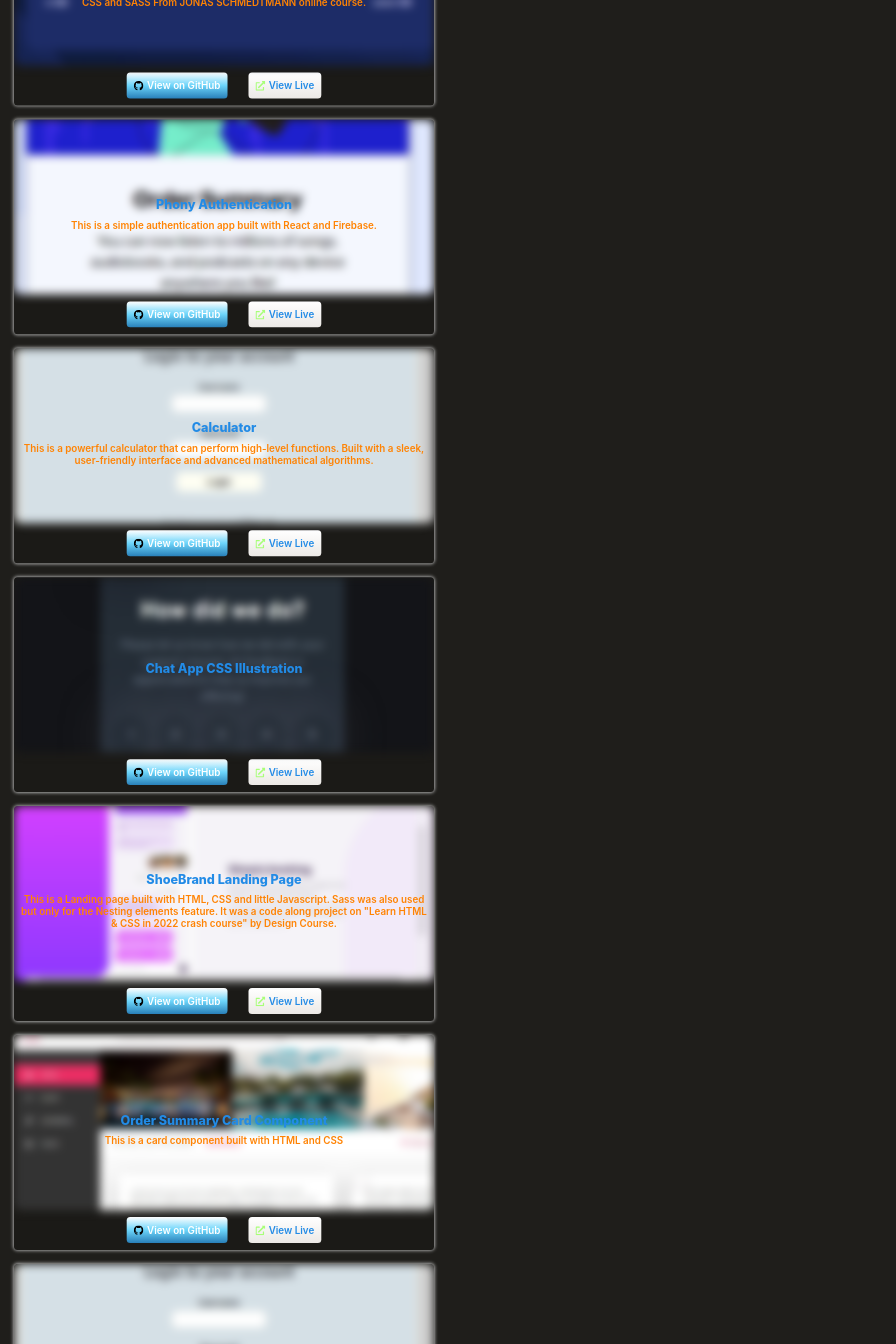
Repository: MikkyPrestige/portfolio
Page: /projects
The author's editor kept a copy of each file at every save. The page is drawn from the files as they stood at one save, then again after the next save.
The browser window is 1280 px wide. The pictures show the part of the page from y = 1892 to 3812 px (the page is 4351 px tall), at 70% of full size.
The project was rebuilt for these pictures with package versions that can differ from the ones it lists, and the page was loaded fresh each time. Also part of the build but not shown: src/components/avatar.jsx, src/components/home.jsx, src/components/about.jsx, src/components/fallback.jsx.

Above is the page before, as saved 2023-02-21 20:26:53.

### public/index.html
<!DOCTYPE html>
<html lang="en">
  <head>
    <meta charset="utf-8" />
    <link rel="icon" href="%PUBLIC_URL%/favicon.ico" />
    <meta name="viewport" content="width=device-width, initial-scale=1" />
    <meta name="theme-color" content="#000000" />
    <meta
      name="description"
      content="Web site created using create-react-app"
    />
    <link rel="apple-touch-icon" href="%PUBLIC_URL%/logo192.png" />
    <!--
      manifest.json provides metadata used when your web app is installed on a
      user's mobile device or desktop. See https://developers.google.com/web/fundamentals/web-app-manifest/
    -->
    <link rel="manifest" href="%PUBLIC_URL%/manifest.json" />
    <!--
      Notice the use of %PUBLIC_URL% in the tags above.
      It will be replaced with the URL of the `public` folder during the build.
      Only files inside the `public` folder can be referenced from the HTML.

      Unlike "/favicon.ico" or "favicon.ico", "%PUBLIC_URL%/favicon.ico" will
      work correctly both with client-side routing and a non-root public URL.
      Learn how to configure a non-root public URL by running `npm run build`.
    -->
    <title>Elue Michael Portfolio</title>
  </head>
  <body>
    <noscript>You need to enable JavaScript to run this app.</noscript>
    <div id="root"></div>
    <!--
      This HTML file is a template.
      If you open it directly in the browser, you will see an empty page.

      You can add webfonts, meta tags, or analytics to this file.
      The build step will place the bundled scripts into the <body> tag.

      To begin the development, run `npm start` or `yarn start`.
      To create a production bundle, use `npm run build` or `yarn build`.
    -->
  </body>
</html>

### src/assets/styles/sass/main.scss
@import 'abstracts/variables';
@import 'base/utilities';
@import 'base/base';
@import 'layouts/header';
@import 'pages/home';
@import 'pages/about';
@import 'pages/projects';
@import 'base/animation';

// @media (prefers-reduced-motion: no-preference) {
//   .App-logo {
//     animation: App-logo-spin infinite 20s linear;
//   }
// }

// @keyframes App-logo-spin {
//   from {
//     transform: rotate(0deg);
//   }
//   to {
//     transform: rotate(360deg);
//   }
// }

### src/components/projects.jsx
import { Link } from "react-router-dom";
import { FaGithub } from "react-icons/fa";
import { FaExternalLinkAlt } from "react-icons/fa";

const Projects = () => {
  return (
    <div className="project">
      <h1 className="project--title">My Works</h1>
      <div className="project--wrapper">
        <div className="project--card">
          <div className="project--card__blur project--card__blur-1"></div>
          <div className="project--card__content">
            <h2 className="project--card__content__title">GitHub Repository App</h2>
            <p className="project--card__content__desc">
            This is a React-based web app that utilizes the GitHub API to showcase a user's repositories. With its sleek and intuitive interface, this app allows users to easily view all of their repositories in one place, including details such as the name, description, and number of stars.
            </p>
          </div>
          <div className="project--card__links">
            <Link
              to={{ pathname: "https://github.com/MeekyBerry/RandomPeopleApp" }}
              target="_blank"
              className="project--card__links__link github-link-bg"
            >
              <FaGithub style={{ color: "#000"}} />
              View on GitHub
            </Link>
            <Link
              to={{ pathname: "https://randompeopleapp.vercel.app" }}
              target="_blank"
              className="project--card__links__link live-link-bg blue-markup"
            >
              <FaExternalLinkAlt style={{ color: "#a8ff78"}} />
              View Live
            </Link>
          </div>
        </div>
        <div className="project--card">
          <div className="project--card__blur project--card__blur-2"></div>
          <div className="project--card__content">
            <h2 className="project--card__content__title">Phonie App</h2>
            <p className="project--card__content__desc">
              The Phonie Project is a web-based application created by the team
              "Phantom_Devz" that determines the telecom carrier based on a
              phone number entered by the user
            </p>
          </div>
          <div className="project--card__links">
            <Link
              to={{
                pathname:
                  "https://github.com/MeekyBerry/Phonie-project-Phantom_Devz",
              }}
              target="_blank"
              className="project--card__links__link github-link-bg"
            >
              <FaGithub style={{ color: "#000"}} />
              View on GitHub
            </Link>
            <Link
              to={{ pathname: "https://phantom-devz-phonie.netlify.app/" }}
              target="_blank"
              className="project--card__links__link live-link-bg blue-markup"
            >
              <FaExternalLinkAlt style={{ color: "#a8ff78"}} />
              View Live
            </Link>
          </div>
        </div>
        <div className="project--card">
          <div className="project--card__blur project--card__blur-3"></div>
          <div className="project--card__content">
            <h2 className="project--card__content__title">
              RandomPeopleApp
            </h2>
            <p className="project--card__content__desc">
            This is a web app that uses firebase authentication and displays
              random people data generated from randomuser API. (built with
              React).
            </p>
          </div>
          <div className="project--card__links">
            <Link
              to={{
                pathname:
                  "https://github.com/MeekyBerry/Frontend-Mentor-challenges/tree/main/chat-app-css-illustration",
              }}
              target="_blank"
              className="project--card__links__link github-link-bg"
            >
              <FaGithub style={{ color: "#000"}} />
              View on GitHub
            </Link>
            <Link
              to={{ pathname: "https://chat-app-css-project.netlify.app/" }}
              target="_blank"
              className="project--card__links__link live-link-bg blue-markup"
            >
              <FaExternalLinkAlt style={{ color: "#a8ff78"}} />
              View Live
            </Link>
          </div>
        </div>
        <div className="project--card">
          <div className="project--card__blur project--card__blur-4"></div>
          <div className="project--card__content">
            <h2 className="project--card__content__title">
              Interactive Rating Component
            </h2>
            <p className="project--card__content__desc">
            An interactive rating component built with HTML, CSS, and JavaScript. This is a small project to practice handling user interactions and updating the DOM.
            </p>
          </div>
          <div className="project--card__links">
            <Link
              to={{
                pathname:
                  "https://github.com/MeekyBerry/Advanced-CSS-Sass-Course-Projects/tree/master/Natours-project",
              }}
              target="_blank"
              className="project--card__links__link github-link-bg"
            >
              <FaGithub style={{ color: "#000"}} />
              View on GitHub
            </Link>
            <Link
              to={{ pathname: "https://natour-landing-page.netlify.app/" }}
              target="_blank"
              className="project--card__links__link live-link-bg blue-markup"
            >
              <FaExternalLinkAlt style={{ color: "#a8ff78"}} />
              View Live
            </Link>
          </div>
        </div>
        <div className="project--card">
          <div className="project--card__blur project--card__blur-5"></div>
          <div className="project--card__content">
            <h2 className="project--card__content__title">
              Natours Landing Page
            </h2>
            <p className="project--card__content__desc">
            This is a landing page for a fictional company called Natours. It
              was built with HTML, CSS and SASS From JONAS SCHMEDTMANN online course.
            </p>
          </div>
          <div className="project--card__links">
            <Link
              to={{
                pathname:
                  "https://github.com/MeekyBerry/exam-project-altschoolafrica",
              }}
              target="_blank"
              className="project--card__links__link github-link-bg"
            >
              <FaGithub style={{ color: "#000"}} />
              View on GitHub
            </Link>
            <Link
              to={{ pathname: "https://github-repos-display.vercel.app/" }}
              target="_blank"
              className="project--card__links__link live-link-bg blue-markup"
            >
              <FaExternalLinkAlt style={{ color: "#a8ff78"}} />
              View Live
            </Link>
          </div>
        </div>
        <div className="project--card">
          <div className="project--card__blur project--card__blur-6"></div>
          <div className="project--card__content">
            <h2 className="project--card__content__title">
              Trillo Landing Page
            </h2>
            <p className="project--card__content__desc">
              This is a landing page for a fictional company called Trillo. It
              was built with HTML, CSS and SASS From JONAS SCHMEDTMANN online course.
            </p>
          </div>
          <div className="project--card__links">
            <Link
              to={{
                pathname:
                  "https://github.com/MeekyBerry/Advanced-CSS-Sass-Course-Projects/tree/master/Trillow-project",
              }}
              target="_blank"
              className="project--card__links__link github-link-bg"
            >
              <FaGithub style={{ color: "#000"}} />
              View on GitHub
            </Link>
            <Link
              to={{
                pathname: "https://fantastic-crostata-3e9a02.netlify.app/",
              }}
              target="_blank"
              className="project--card__links__link live-link-bg blue-markup"
            >
              <FaExternalLinkAlt style={{ color: "#a8ff78"}} />
              View Live
            </Link>
          </div>
        </div>
        <div className="project--card">
          <div className="project--card__blur project--card__blur-7"></div>
          <div className="project--card__content">
            <h2 className="project--card__content__title">
              Phony Authentication
            </h2>
            <p className="project--card__content__desc">
              This is a simple authentication app built with React and Firebase.
            </p>
          </div>
          <div className="project--card__links">
            <Link
              to={{
                pathname:
                  "https://github.com/MeekyBerry/fake-user-authentication",
              }}
              target="_blank"
              className="project--card__links__link github-link-bg"
            >
              <FaGithub style={{ color: "#000"}} />
              View on GitHub
            </Link>
            <Link
              to={{ pathname: "https://fake-auth.vercel.app/" }}
              target="_blank"
              className="project--card__links__link live-link-bg blue-markup"
            >
              <FaExternalLinkAlt style={{ color: "#a8ff78"}} />
              View Live
            </Link>
          </div>
        </div>
        <div className="project--card">
          <div className="project--card__blur project--card__blur-8"></div>
          <div className="project--card__content">
            <h2 className="project--card__content__title">Calculator</h2>
            <p className="project--card__content__desc">
            This is a powerful calculator that can perform high-level functions. Built with a sleek, user-friendly interface and advanced mathematical algorithms.
            </p>
          </div>
          <div className="project--card__links">
            <Link
              to={{ pathname: "https://github.com/MeekyBerry/calculator" }}
              target="_blank"
              className="project--card__links__link github-link-bg"
            >
              <FaGithub style={{ color: "#000"}} />
              View on GitHub
            </Link>
            <Link
              to={{ pathname: "https://calculator-omega-murex.vercel.app/" }}
              target="_blank"
              className="project--card__links__link live-link-bg blue-markup"
            >
              <FaExternalLinkAlt style={{ color: "#a8ff78"}} />
              View Live
            </Link>
          </div>
        </div>
        <div className="project--card">
          <div className="project--card__blur project--card__blur-9"></div>
          <div className="project--card__content">
            <h2 className="project--card__content__title">
            Chat App CSS Illustration
            </h2>
            <p className="project--card__content__desc">

            </p>
          </div>
          <div className="project--card__links">
            <Link
              to={{
                pathname:
                  "https://github.com/MeekyBerry/Frontend-Mentor-challenges/tree/main/interactive-rating-component",
              }}
              target="_blank"
              className="project--card__links__link github-link-bg"
            >
              <FaGithub style={{ color: "#000"}} />
              View on GitHub
            </Link>
            <Link
              to={{
                pathname:
                  "https://interactive-ratings-component-project.netlify.app/",
              }}
              target="_blank"
              className="project--card__links__link live-link-bg blue-markup"
            >
              <FaExternalLinkAlt style={{ color: "#a8ff78"}} />
              View Live
            </Link>
          </div>
        </div>
        <div className="project--card">
          <div className="project--card__blur project--card__blur-10"></div>
          <div className="project--card__content">
            <h2 className="project--card__content__title">
              ShoeBrand Landing Page
            </h2>
            <p className="project--card__content__desc">
            This is a Landing page built with HTML, CSS and little Javascript. Sass was also used but only for the Nesting elements feature. It was a code along project on "Learn HTML & CSS in 2022 crash course" by Design Course.
            </p>
          </div>
          <div className="project--card__links">
            <Link
              to={{
                pathname:
                  "https://github.com/MeekyBerry/Frontend-Mentor-challenges/tree/main/fylo-data-store-layout",
              }}
              target="_blank"
              className="project--card__links__link github-link-bg"
            >
              <FaGithub style={{ color: "#000"}} />
              View on GitHub
            </Link>
            <Link
              to={{ pathname: "https://fylo-data-store-layout.netlify.app/" }}
              target="_blank"
              className="project--card__links__link live-link-bg blue-markup"
            >
              <FaExternalLinkAlt style={{ color: "#a8ff78"}} />
              View Live
            </Link>
          </div>
        </div>
        <div className="project--card">
          <div className="project--card__blur project--card__blur-11"></div>
          <div className="project--card__content">
            <h2 className="project--card__content__title">
              Order Summary Card Component
            </h2>
            <p className="project--card__content__desc">
              This is a card component built with HTML and CSS
            </p>
          </div>
          <div className="project--card__links">
            <Link
              to={{
                pathname:
                  "https://github.com/MeekyBerry/Frontend-Mentor-challenges/tree/main/order-summary-card-component",
              }}
              target="_blank"
              className="project--card__links__link github-link-bg"
            >
              <FaGithub style={{ color: "#000"}} />
              View on GitHub
            </Link>
            <Link
              to={{
                pathname: "https://order-summary-card-project.netlify.app/",
              }}
              target="_blank"
              className="project--card__links__link live-link-bg blue-markup"
            >
              <FaExternalLinkAlt style={{ color: "#a8ff78"}} />
              View Live
            </Link>
          </div>
        </div>
        <div className="project--card">
          <div className="project--card__blur project--card__blur-13"></div>
          <div className="project--card__content">
            <h2 className="project--card__content__title">
              Stats Preview Card Component
            </h2>
            <p className="project--card__content__desc">
              This is a card component built with HTML and CSS
            </p>
          </div>
          <div className="project--card__links">
            <Link
              to={{
                pathname:
                  "https://github.com/MeekyBerry/Frontend-Mentor-challenges/tree/main/stats-preview-card-compo",
              }}
              target="_blank"
              className="project--card__links__link github-link-bg"
            >
              <FaGithub style={{ color: "#000"}} />
              View on GitHub
            </Link>
            <Link
              to={{
                pathname: "https://stats-preview-card-project.netlify.app/",
              }}
              target="_blank"
              className="project--card__links__link live-link-bg blue-markup"
            >
              <FaExternalLinkAlt style={{ color: "#a8ff78"}} />
              View Live
            </Link>
          </div>
        </div>
        <div className="project--card">
          <div className="project--card__blur project--card__blur-14"></div>
          <div className="project--card__content">
            <h2 className="project--card__content__title">
              Shoe Brand Landing Page
            </h2>
            <p className="project--card__content__desc">
              This is a landing page for a shoe brand built with HTML and CSS
            </p>
          </div>
          <div className="project--card__links">
            <Link
              to={{
                pathname:
                  "https://github.com/MeekyBerry/Shoe-brand-landing-page",
              }}
              target="_blank"
              className="project--card__links__link github-link-bg"
            >
              <FaGithub style={{ color: "#000"}} />
              View on GitHub
            </Link>
            <Link
              to={{ pathname: "https://shoe-brand-landing-page.netlify.app/" }}
              target="_blank"
              className="project--card__links__link live-link-bg blue-markup"
            >
              <FaExternalLinkAlt style={{ color: "#a8ff78"}} />
              View Live
            </Link>
          </div>
        </div>
      </div>
    </div>
  );
};

export default Projects;

### src/assets/styles/sass/base/_utilities.scss
.github-link-bg {
  background: linear-gradient(to top, var(--dark-blue--1), var(--light-blue--2), var(--color--white));
}

.live-link-bg {
  background: linear-gradient(to top, var(--color--white-2), var(--color--white));
}

.blue-markup {
  color: var(--blue-cyan) !important;
}

### src/assets/styles/sass/base/_base.scss
*,
*::after,
*::before {
  margin: 0;
  padding: 0;
  box-sizing: border-box;
}

html {
  font-size: 62.5%;
  font-family: var(--font-family);
  color: var(--color-white);
  background-color: var(--color--bg);
}

::selection {
  background-color: var(--color-primary);
  color: var(--color-white);
}

### src/assets/styles/sass/pages/home.scss
.home {
  width: 100%;
  height: 100vh;
  background: radial-gradient(100% 100% at 50% 100%, var(--color--bg-dark-2) 21.52%, var(--color--bg-dark) 100%);

  &--contents {
    display: flex;
    flex-direction: column;
    justify-content: center;
    align-items: center;
    padding: 3rem 5rem;
    gap: 3rem;
  }

  &--content {
    display: flex;
    flex-direction: column;
    align-items: flex-start;
    padding: 0;
    gap: .5rem;

    &__title {
      font-family: var(--font-family--secondary);
      font-size: var(--font-size--x-large);
      font-weight: var(--font-weight--boldest);
      color: var(--dark-blue);
    }

    &__subtitle {
      font-family: var(--font-family--secondary);
      font-size: var(--font-size--large);
      font-weight: var(--font-weight--bold);
      color: var(--color--text);
    }

    &__desc {
      font-family: var(--font-family--secondary);
      font-size: var(--font-size--small);
      font-weight: var(--font-weight--regular);
      color: var(--color--white-1);
    }
  }

  &--avatar {
    border-radius: 5%;
    -webkit-border-radius: 5%;
    -moz-border-radius: 5%;
    -ms-border-radius: 5%;
    -o-border-radius: 5%;
    background-image: radial-gradient(circle, var(--blue-cyan) 5%, var(--light-blue--1) 95%);
  }
}

### src/assets/styles/sass/base/_animation.scss
//  INFINITE HEARTBEAT PAUSE ANIMATION

@keyframes Heartbeat {
  0% {
    transform: scale(1);
    -webkit-transform: scale(1);
    -moz-transform: scale(1);
    -ms-transform: scale(1);
    -o-transform: scale(1);
  }

  50% {
    transform: scale(1.05);
    -webkit-transform: scale(1.05);
    -moz-transform: scale(1.05);
    -ms-transform: scale(1.05);
    -o-transform: scale(1.05);
  }

  100% {
    transform: scale(1);
    -webkit-transform: scale(1);
    -moz-transform: scale(1);
    -ms-transform: scale(1);
    -o-transform: scale(1);
  }
}

Loaded but not shown: src/index.css (common file); src/reportWebVitals.js (common file); src/index.js (21 lines, source omitted); src/App.js (22 lines, source omitted); src/components/layout.jsx (141 lines, source omitted); src/assets/styles/sass/pages/_projects.scss (165 lines, source omitted); src/assets/styles/sass/pages/_about.scss (158 lines, source omitted); src/assets/styles/sass/layouts/_header.scss (111 lines, source omitted); src/assets/styles/sass/abstracts/_variables.scss (67 lines, source omitted)

After the next save:
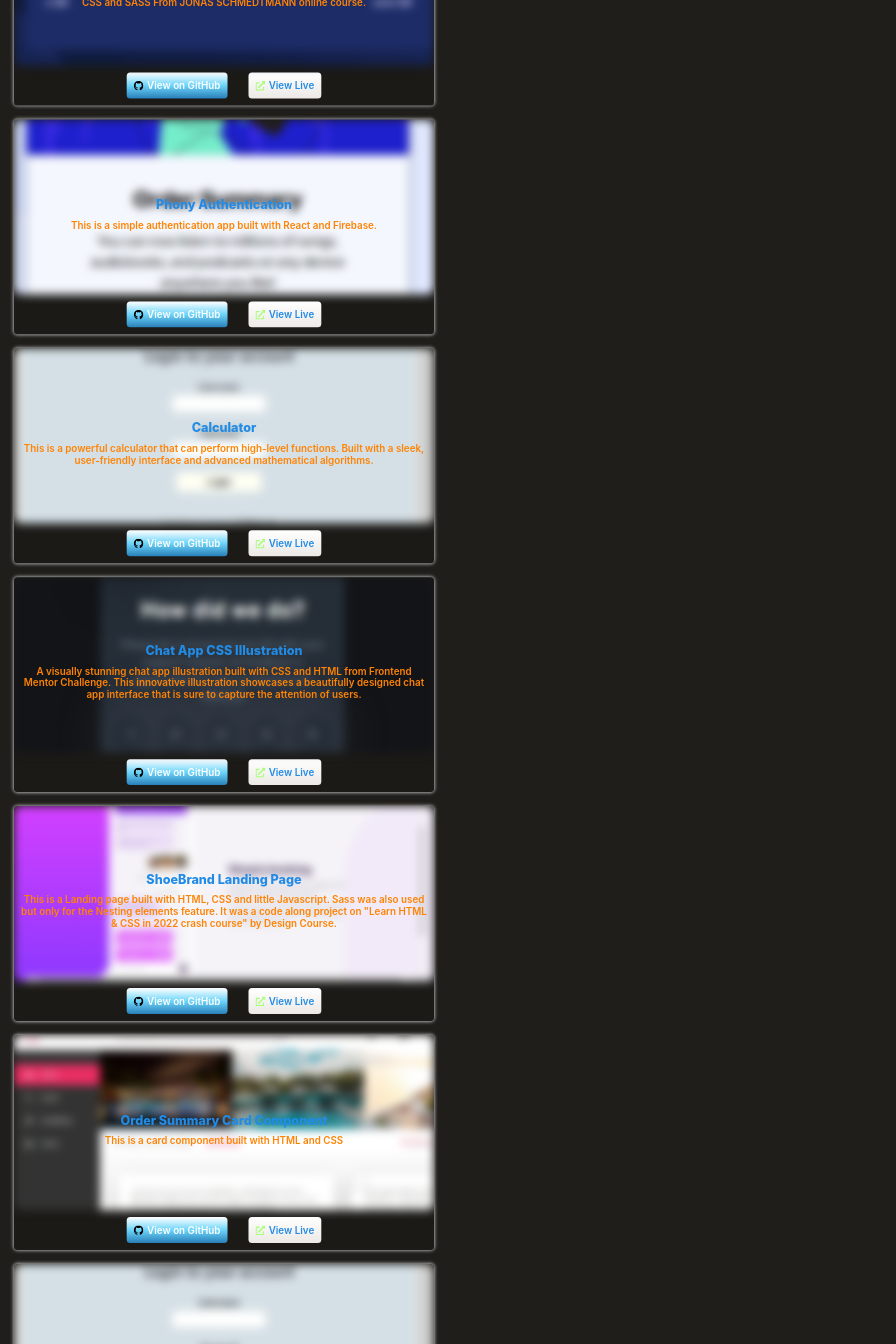
Saved 53 s later.
--- a/src/components/projects.jsx
+++ b/src/components/projects.jsx
@@ -266,7 +266,7 @@ const Projects = () => {
             Chat App CSS Illustration
             </h2>
             <p className="project--card__content__desc">
-
+            A visually stunning chat app illustration built with CSS and HTML from Frontend Mentor Challenge. This innovative illustration showcases a beautifully designed chat app interface that is sure to capture the attention of users.
             </p>
           </div>
           <div className="project--card__links">
